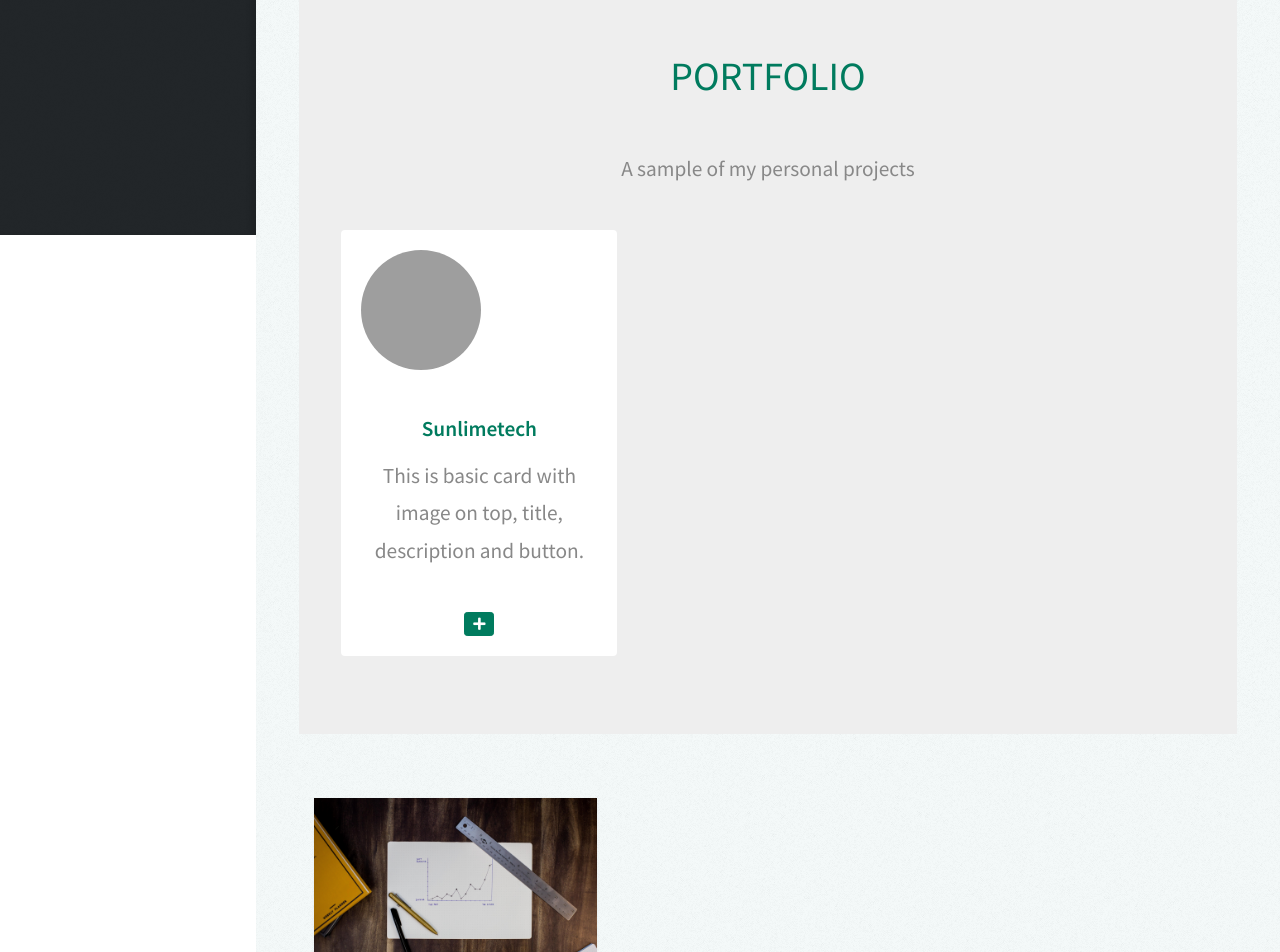
Repository: IslamInjila/new_portfolio
Page: index.html
These files come from the project's save history. The page is drawn as it stood at one moment and after the next save; the edit follows.
The browser window is 1280 px wide. The pictures show the part of the page from y = 485 to 1437 px (the page is 4609 px tall before and 4661 px after).
Pictures or frames that could not be fetched are drawn as grey boxes. A picture or video elsewhere on the page could not be fetched, so the positions and the page height are approximate. Some web libraries are served in a nearby version.

Above is the page before, as saved 2021-05-31 18:43:55.
Console error: TypeError: Cannot read properties of undefined (reading 'fn')

After the next save:
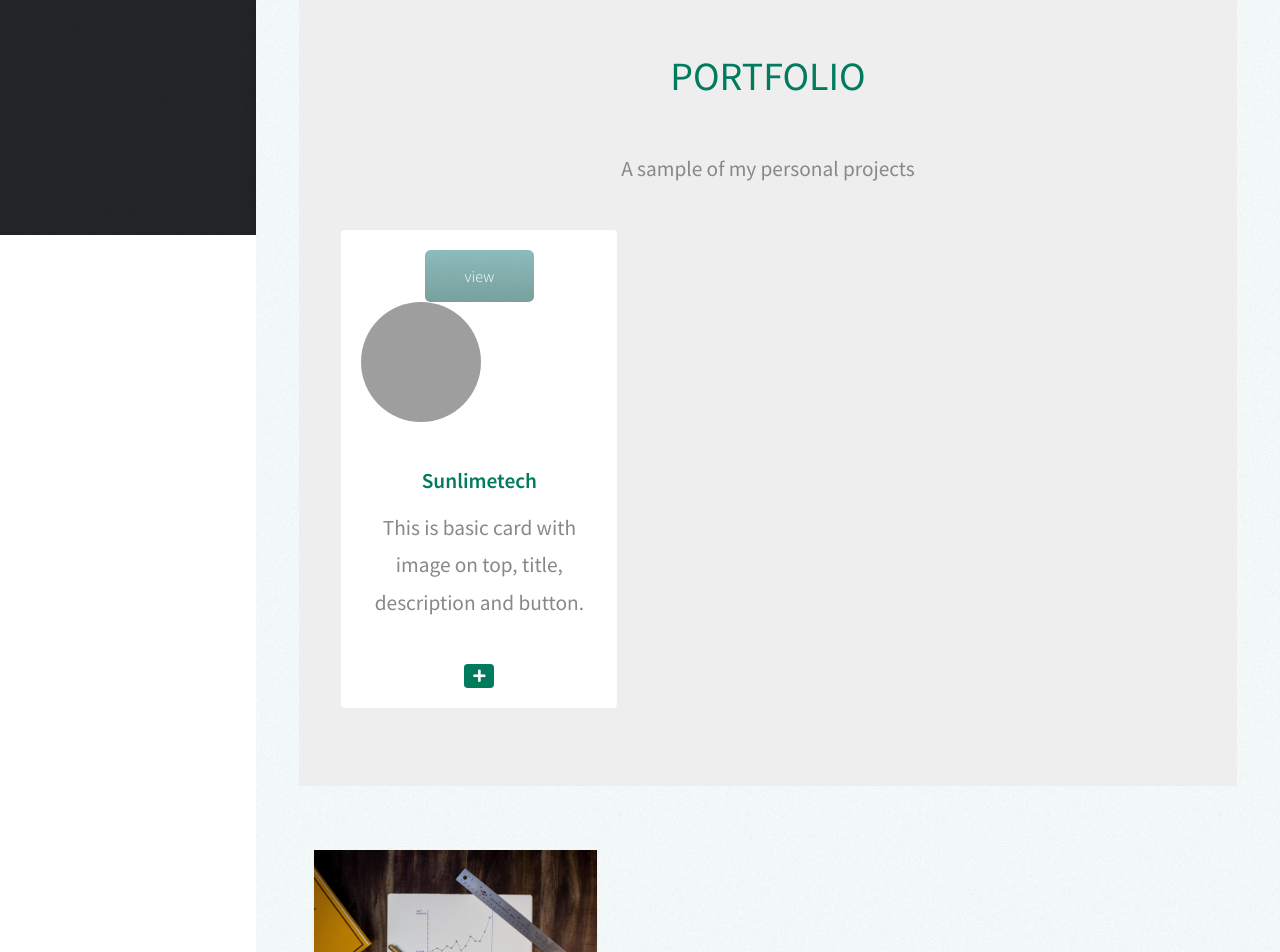
Saved 48 s later.
--- a/index.html
+++ b/index.html
@@ -115,6 +115,9 @@
 															<div class="card-body text-center">
 																<!-- <p><img class=" img-fluid" src="https://sunlimetech.com/portfolio/boot4menu/assets/imgs/team/img_01.png" alt="card image">
 																</p> -->
+																<input type="button" class="nine" width="100" height="132" onclick='window.open("images/salesinsight.htm");return false;'
+												target="_blank" value="view"
+												/>
 																<p><a href="#" class="image fit"><img src="images/black.jpg" alt="" /></a>
 																<h4 class="card-title">Sunlimetech</h4>
 																<p class="card-text">This is basic card with image on top, title, description and button.</p>
@@ -126,9 +129,7 @@
 														<div class="card">
 															<div class="card-body text-center mt-4">
 																<h4 class="card-title">Sunlimetech</h4>
-																<input type="button" class="nine" width="100" height="132" onclick='window.open("images/salesinsight.htm");return false;'
-												target="_blank" value="view"
-												/>
+
 																<p class="card-text">This is basic card with image on top, title, description and button.This is basic card with image on top, title, description and button.This is basic card with image on top, title, description and button.</p>
 																<ul class="list-inline">
 																	<li class="list-inline-item">
